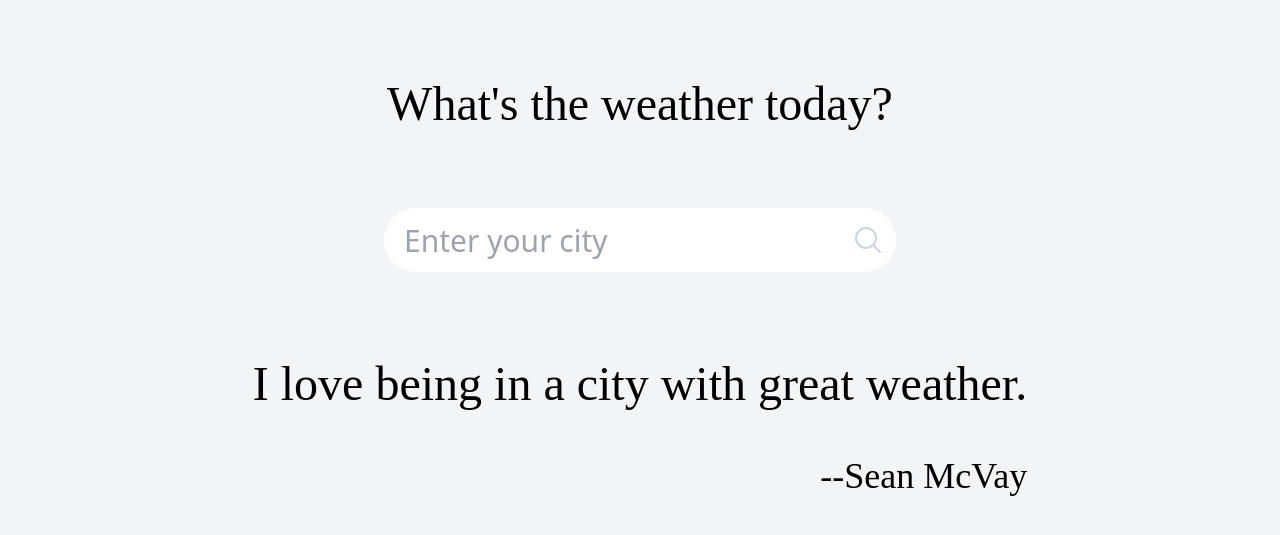
Repository: Tiaanz/Weather-App
Page: /
These files come from the project's save history. The page is drawn as it stood at one moment and after the next save; the edit follows.
The browser window is 1280 px wide. The pictures show the whole page.
The project was rebuilt for these pictures with package versions that can differ from the ones it lists, and the page was loaded fresh each time.

Above is the page before, as saved 2023-03-05 20:49:09.

### src/index.js
//引入React核心库
import React from 'react';
//引入ReactDom
import ReactDom from 'react-dom/client';
//引入APP组件
import App from './App';
import './index.css'








//v18版本
 const root = ReactDom.createRoot(document.getElementById('root'));//创建虚拟DOM的插入节点，即原生DOM的节点
 const element = <App/> //声明组件
 root.render(element); //渲染组件到页面， 虚拟DOM到原生DOM

### src/App.js
import React, { useState, useEffect } from 'react'
// import Weather from './components/Weather'
import Quote from './components/Quote'

const App = () => {
  const [searchPlace, setSearchPlace] = useState('')
  const [cityName, setCityName] = useState('')
  const [country, setCountry] = useState('')
  const [time, setTime] = useState('')
  const [temp, setTemp] = useState('')
  const [tempImg, setTempImg] = useState('')
  const [condition, setCondition] = useState('')
  const [feelsLike, setfeelsLike] = useState('')
  const [wind, setWind] = useState('')
  const [humidity, setHumidity] = useState('')
  const [uv, setUv] = useState('')
  const [showQuote, setShowQuote] = useState(true)

  const API_URL = 'https://weatherapi-com.p.rapidapi.com/current.json'

  // useEffect(() => {
  //   document.body.style.backgroundColor = 'grey'
  // }, [])

  const searchWeather = (city) => async (e) => {
    e.preventDefault()
    try {
      // e.preventDefault()
      const response = await fetch(`${API_URL}?q=${city}`, {
        method: 'GET',
        headers: {
          'X-RapidAPI-Key':
            '6cda750ddbmsh3e2d299b52be602p1f7255jsn589c028d6d61',
          'X-RapidAPI-Host': 'weatherapi-com.p.rapidapi.com',
        },
      })
      const weatherObj = await response.json()
      const {
        location: { name, country, localtime },
        current: {
          temp_c,
          wind_kph,
          humidity,
          feelslike_c,
          uv,
          condition: { text, icon },
        },
      } = weatherObj
      const imgSrc = `http:${icon}`

      setCityName(name)
      setCountry(country)
      setTime(localtime)
      setTemp(temp_c)
      setTempImg(imgSrc)
      setCondition(text)
      setfeelsLike(feelslike_c)
      setWind(wind_kph)
      setHumidity(humidity)
      setUv(uv)
      setShowQuote(false)
    } catch (error) {
      console.log('wrong~~')
    }
  }
  return (
    <div>
      <h1 className="text-4xl sm:text-5xl my-20 font-header text-center">
        What's the weather today?
      </h1>
      <main className="flex flex-col items-center">
        {/* search bar */}
        <div className="w-full ">
          <form
            className="w-full flex justify-center"
            onSubmit={searchWeather(searchPlace)}
          >
            <div className=" w-3/4 sm:w-3/5 md:w-2/4  lg:w-2/5 flex items-center relative">
              <input
                className=" h-16 px-5 pr-10 rounded-full w-full text-2xl sm:text-3xl focus:outline-none"
                placeholder="Enter your city"
                type="text"
                value={searchPlace}
                onChange={(e) => setSearchPlace(e.target.value)}
              />
              <button type="submit" className="absolute right-3">
                <svg
                  xmlns="http://www.w3.org/2000/svg"
                  fill="none"
                  viewBox="0 0 24 24"
                  strokeWidth={1.5}
                  stroke="currentColor"
                  className="w-8 h-8 text-slate-300"
                >
                  <path
                    strokeLinecap="round"
                    strokeLinejoin="round"
                    d="M21 21l-5.197-5.197m0 0A7.5 7.5 0 105.196 5.196a7.5 7.5 0 0010.607 10.607z"
                  />
                </svg>
              </button>
            </div>
          </form>
        </div>
        {/* weather display card */}
      {showQuote ? <Quote/>:<div className="my-10 px-10 w-3/4 sm:w-3/5 md:w-2/4 lg:w-2/5  border rounded-2xl min-w-fit">
          <h2 className="text-3xl sm:text-5xl my-6  ">
            {cityName}, {country}
          </h2>

          <div className="flex items-center">
            <span className="text-5xl">{temp}°C</span>
            <img className="mx-10" src={tempImg} alt="" />
            <p className="text-2xl sm:text-3xl">{condition}</p>
          </div>
          <p className="text-2xl sm:text-3xl">Feels like: {feelsLike}°C</p>
          <div className="text-2xl leading-9 mt-10">
            <div className="flex">
              <span className="mr-3">
                <svg
                  width="20px"
                  height="20px"
                  viewBox="0 0 24 24"
                  fill="none"
                  xmlns="http://www.w3.org/2000/svg"
                >
                  <path
                    d="M2 15H18.5C20.43 15 22 16.57 22 18.5C22 20.43 20.43 22 18.5 22C16.57 22 15 20.43 15 18.5V18"
                    stroke="#292D32"
                    strokeWidth="1.5"
                    strokeMiterlimit="10"
                    strokeLinecap="round"
                    strokeLinejoin="round"
                  />
                  <path
                    d="M2 12H18.5C20.42 12 22 10.43 22 8.5C22 6.58 20.42 5 18.5 5C16.58 5 15 6.57 15 8.5V9"
                    stroke="#292D32"
                    strokeWidth="1.5"
                    strokeMiterlimit="10"
                    strokeLinecap="round"
                    strokeLinejoin="round"
                  />
                  <path
                    d="M2 9H9.31C10.8 9 12 7.79 12 6.31C12 4.82 10.79 3.62 9.31 3.62C7.82 3.62 6.62 4.83 6.62 6.31V6.69"
                    stroke="#292D32"
                    strokeWidth="1.5"
                    strokeMiterlimit="10"
                    strokeLinecap="round"
                    strokeLinejoin="round"
                  />
                </svg>
              </span>
              <p>Wind: {wind}kph</p>
            </div>
            <div className="flex">
              <span className="mr-3">
                <svg
                  width="20px"
                  height="20px"
                  viewBox="0 0 24 24"
                  xmlns="http://www.w3.org/2000/svg"
                >
                  <path d="M12,6.36c2,2.58,4,5.87,4,7.64a4,4,0,0,1-8,0c0-1.77,2-5.06,4-7.64M12,3.2S6,10,6,14a6,6,0,0,0,12,0c0-4-6-10.8-6-10.8Z" />
                  <rect width="24" height="24" fill="none" />
                </svg>
              </span>
              <p>Humidity: {humidity}%</p>
            </div>
            <div className="flex">
              <span className="mr-3">
                <svg
                  width="20px"
                  height="20px"
                  viewBox="0 0 24 24"
                  fill="none"
                  xmlns="http://www.w3.org/2000/svg"
                >
                  <path
                    d="M12 17.75C10.8628 17.75 9.75106 17.4128 8.80547 16.781C7.85989 16.1491 7.1229 15.2511 6.6877 14.2004C6.25249 13.1498 6.13862 11.9936 6.36049 10.8782C6.58235 9.76284 7.12999 8.73829 7.93414 7.93414C8.73829 7.12999 9.76284 6.58235 10.8782 6.36049C11.9936 6.13862 13.1498 6.25249 14.2004 6.6877C15.2511 7.1229 16.1491 7.85989 16.781 8.80547C17.4128 9.75106 17.75 10.8628 17.75 12C17.7474 13.5242 17.1407 14.9852 16.0629 16.0629C14.9852 17.1407 13.5242 17.7474 12 17.75ZM12 7.75C11.1594 7.75 10.3377 7.99926 9.63883 8.46626C8.93992 8.93325 8.39519 9.59701 8.07351 10.3736C7.75184 11.1502 7.66768 12.0047 7.83167 12.8291C7.99565 13.6536 8.40043 14.4108 8.9948 15.0052C9.58917 15.5996 10.3464 16.0044 11.1709 16.1683C11.9953 16.3323 12.8498 16.2482 13.6264 15.9265C14.403 15.6048 15.0668 15.0601 15.5337 14.3612C16.0007 13.6623 16.25 12.8406 16.25 12C16.2474 10.8736 15.7987 9.79417 15.0023 8.99772C14.2058 8.20126 13.1264 7.75264 12 7.75Z"
                    fill="#000000"
                  />
                  <path
                    d="M12 5C11.8019 4.99741 11.6126 4.91756 11.4725 4.77747C11.3324 4.63737 11.2526 4.44811 11.25 4.25V2.75C11.25 2.55109 11.329 2.36032 11.4697 2.21967C11.6103 2.07902 11.8011 2 12 2C12.1989 2 12.3897 2.07902 12.5303 2.21967C12.671 2.36032 12.75 2.55109 12.75 2.75V4.25C12.7474 4.44811 12.6676 4.63737 12.5275 4.77747C12.3874 4.91756 12.1981 4.99741 12 5Z"
                    fill="#000000"
                  />
                  <path
                    d="M12 22C11.8019 21.9974 11.6126 21.9176 11.4725 21.7775C11.3324 21.6374 11.2526 21.4481 11.25 21.25V19.75C11.25 19.5511 11.329 19.3603 11.4697 19.2197C11.6103 19.079 11.8011 19 12 19C12.1989 19 12.3897 19.079 12.5303 19.2197C12.671 19.3603 12.75 19.5511 12.75 19.75V21.25C12.7474 21.4481 12.6676 21.6374 12.5275 21.7775C12.3874 21.9176 12.1981 21.9974 12 22Z"
                    fill="#000000"
                  />
                  <path
                    d="M21.25 12.75H19.75C19.5511 12.75 19.3603 12.671 19.2197 12.5303C19.079 12.3897 19 12.1989 19 12C19 11.8011 19.079 11.6103 19.2197 11.4697C19.3603 11.329 19.5511 11.25 19.75 11.25H21.25C21.4489 11.25 21.6397 11.329 21.7803 11.4697C21.921 11.6103 22 11.8011 22 12C22 12.1989 21.921 12.3897 21.7803 12.5303C21.6397 12.671 21.4489 12.75 21.25 12.75Z"
                    fill="#000000"
                  />
                  <path
                    d="M4.25 12.75H2.75C2.55109 12.75 2.36032 12.671 2.21967 12.5303C2.07902 12.3897 2 12.1989 2 12C2 11.8011 2.07902 11.6103 2.21967 11.4697C2.36032 11.329 2.55109 11.25 2.75 11.25H4.25C4.44891 11.25 4.63968 11.329 4.78033 11.4697C4.92098 11.6103 5 11.8011 5 12C5 12.1989 4.92098 12.3897 4.78033 12.5303C4.63968 12.671 4.44891 12.75 4.25 12.75Z"
                    fill="#000000"
                  />
                  <path
                    d="M6.50001 7.24995C6.30707 7.2352 6.12758 7.14545 6.00001 6.99995L4.91001 5.99995C4.83844 5.92838 4.78167 5.84341 4.74293 5.7499C4.7042 5.65639 4.68427 5.55617 4.68427 5.45495C4.68427 5.35373 4.7042 5.25351 4.74293 5.16C4.78167 5.06649 4.83844 4.98152 4.91001 4.90995C4.98158 4.83838 5.06655 4.78161 5.16006 4.74287C5.25357 4.70414 5.3538 4.6842 5.45501 4.6842C5.55623 4.6842 5.65645 4.70414 5.74996 4.74287C5.84347 4.78161 5.92844 4.83838 6.00001 4.90995L7.00001 5.99995C7.123 6.13746 7.19099 6.31547 7.19099 6.49995C7.19099 6.68443 7.123 6.86244 7.00001 6.99995C6.87244 7.14545 6.69295 7.2352 6.50001 7.24995Z"
                    fill="#000000"
                  />
                  <path
                    d="M18.56 19.31C18.4615 19.3104 18.3638 19.2912 18.2728 19.2534C18.1818 19.2157 18.0993 19.1601 18.03 19.09L17 18C16.9332 17.86 16.9114 17.7028 16.9376 17.5499C16.9638 17.3971 17.0368 17.2561 17.1465 17.1464C17.2561 17.0368 17.3971 16.9638 17.55 16.9376C17.7028 16.9113 17.8601 16.9331 18 17L19.09 18C19.2305 18.1406 19.3094 18.3312 19.3094 18.53C19.3094 18.7287 19.2305 18.9194 19.09 19.06C19.0233 19.1355 18.9419 19.1967 18.8508 19.2397C18.7597 19.2827 18.6607 19.3066 18.56 19.31Z"
                    fill="#000000"
                  />
                  <path
                    d="M17.5 7.24995C17.3071 7.2352 17.1276 7.14545 17 6.99995C16.877 6.86244 16.809 6.68443 16.809 6.49995C16.809 6.31547 16.877 6.13746 17 5.99995L18 4.90995C18.1445 4.76541 18.3406 4.6842 18.545 4.6842C18.7494 4.6842 18.9455 4.76541 19.09 4.90995C19.2345 5.05449 19.3158 5.25054 19.3158 5.45495C19.3158 5.65936 19.2345 5.85541 19.09 5.99995L18 6.99995C17.8724 7.14545 17.6929 7.2352 17.5 7.24995Z"
                    fill="#000000"
                  />
                  <path
                    d="M5.44001 19.31C5.34147 19.3104 5.24383 19.2912 5.15282 19.2534C5.06181 19.2157 4.97926 19.1601 4.91001 19.09C4.76956 18.9494 4.69067 18.7587 4.69067 18.56C4.69067 18.3612 4.76956 18.1706 4.91001 18.03L6.00001 17C6.13997 16.9331 6.2972 16.9113 6.45006 16.9376C6.60293 16.9638 6.7439 17.0368 6.85357 17.1464C6.96324 17.2561 7.03621 17.3971 7.06244 17.5499C7.08866 17.7028 7.06685 17.86 7.00001 18L6.00001 19.09C5.92728 19.1638 5.83985 19.2216 5.74338 19.2595C5.64691 19.2974 5.54356 19.3146 5.44001 19.31Z"
                    fill="#000000"
                  />
                </svg>
              </span>
              <p>UV: {uv}</p>
            </div>
          </div>
          <span className="flex justify-end">Local time: {time}</span>
        </div>}

      </main>
    </div>
  )
}

export default App

### src/index.css
@tailwind base;
@tailwind components;
@tailwind utilities;

@import url('https://fonts.googleapis.com/css2?family=Lobster&display=swap');
@import url('https://fonts.googleapis.com/css2?family=Kalam:wght@300&display=swap');

body {
  background-color: #f3f4f6;
}

* {
  margin: 0;
  padding: 0;
}

### src/components/Quote.jsx
import React from 'react'
import quotes from '../data/quotes.json'



const randomIndex=getRandomIndex(quotes.quotes)
const quote=quotes.quotes[randomIndex].quote
const author=quotes.quotes[randomIndex].author


function getRandomIndex(arr) {
  const index=Math.floor(Math.random()*arr.length)
  return index
}

const Quote = () => {



  return (
    <div className="my-10 px-10 w-3/4 sm:w-3/5 md:w-2/4 lg:w-2/5 min-w-fit font-quote">
    <p className="text-5xl my-12 text-center">{quote}</p>
    <p className="text-4xl text-right">--{author}</p>
    </div>
  )
}

export default Quote

### src/data/quotes.json
{
  "quotes": [
    {
      "author": "Sean McVay",
      "quote": "I love being in a city with great weather."
    },
    {
      "author": "Frank Lane",
      "quote": "If you want to see the sunshine, you have to weather the storm."
    },
    {
      "author": "Ravyn Lenae",
      "quote": "I'm not a fan of cold weather."
    },
    {
      "author": "Charles Dudley Warner",
      "quote": "Everybody talks about the weather, but nobody does anything about it."
    }
  ]
}

### tailwind.config.js
/** @type {import('tailwindcss').Config} */
module.exports = {
  content: ['./src/**/*.{js,jsx,ts,tsx}'],
  theme: {
    fontFamily: {
      header: ['Lobster'],
      quote: ['Kalam'],
    },
    extend: {},
  },
  plugins: [],
}

Loaded but not shown: public/index.html (common file)

After the next save:
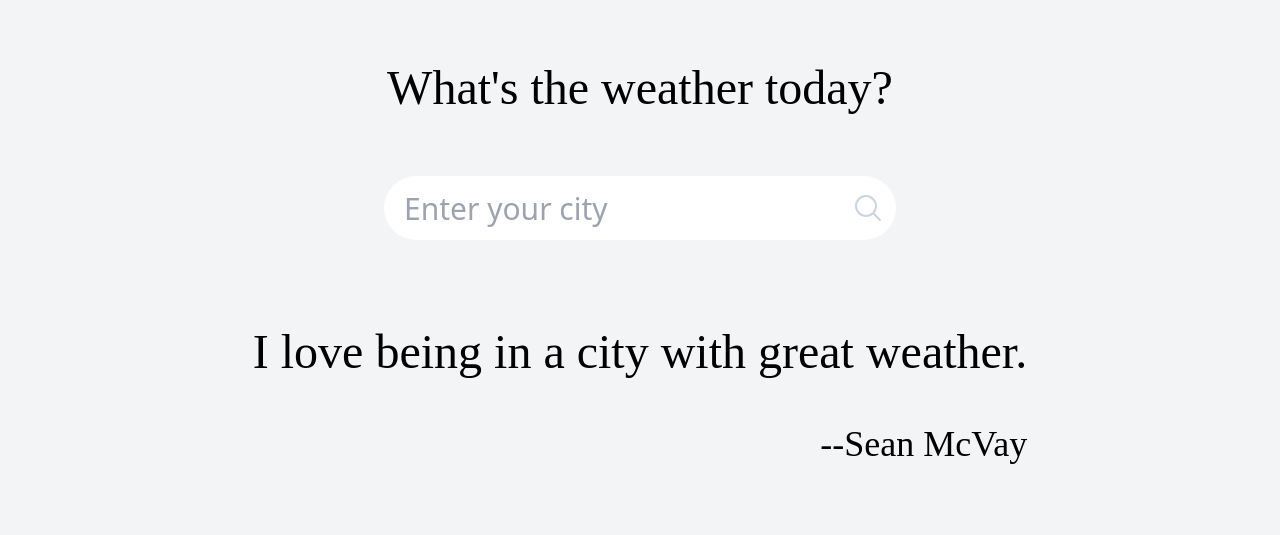
Saved 17 s later.
--- a/src/App.js
+++ b/src/App.js
@@ -65,7 +65,7 @@
   }
   return (
     <div>
-      <h1 className="text-4xl sm:text-5xl my-20 font-header text-center">
+      <h1 className="text-4xl sm:text-5xl my-16 font-header text-center">
         What's the weather today?
       </h1>
       <main className="flex flex-col items-center">
